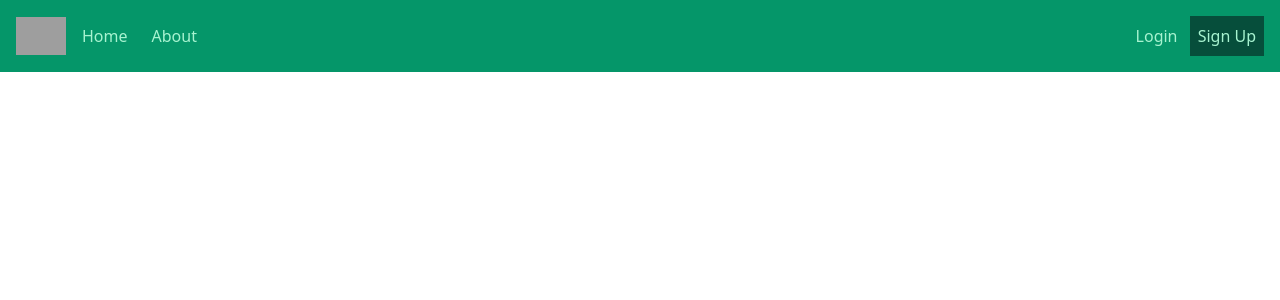
Repository: DaNiels89/tailwind-stawberries
Page: index.html
These files come from the project's save history. The page is drawn as it stood at one moment and after the next save; the edit follows.
The browser window is 1280 px wide. The pictures show the whole page.
Pictures or frames that could not be fetched are drawn as grey boxes.

Above is the page before, as saved 2020-08-24 13:25:41.

After the next save:
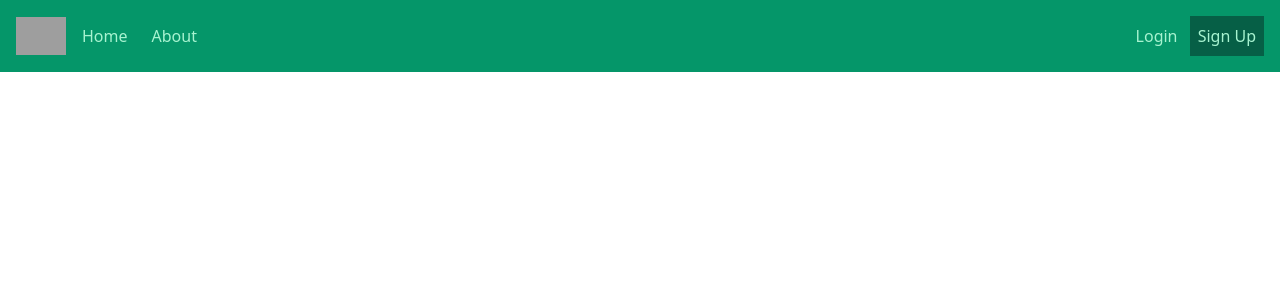
Saved 10 s later.
--- a/index.html
+++ b/index.html
@@ -32,7 +32,7 @@
         </div>
         <div class="">
           <a href="#" class="inline-block p-2 text-green-200">Login</a>
-          <a href="#" class="inline-block p-2 text-green-200 bg-green-900"
+          <a href="#" class="inline-block p-2 text-green-200 bg-green-800"
             >Sign Up</a
           >
         </div>
